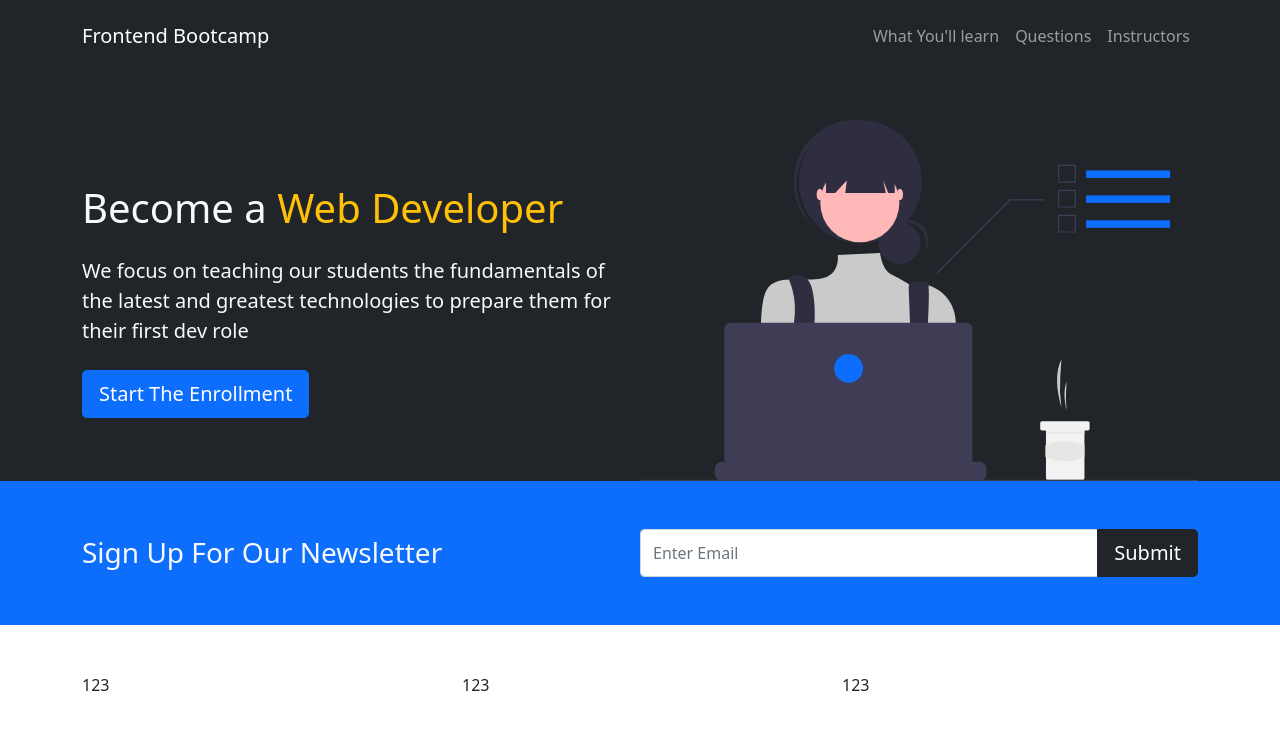
Repository: Marhamat92/Bootstrap5-Responsive-Website-
Page: index.html
The author's editor kept a copy of each file at every save. The page is drawn from the files as they stood at one save, then again after the next save.
The browser window is 1280 px wide. The pictures show the whole page.

Above is the page before, as saved 2021-09-18 17:05:59.

After the next save:
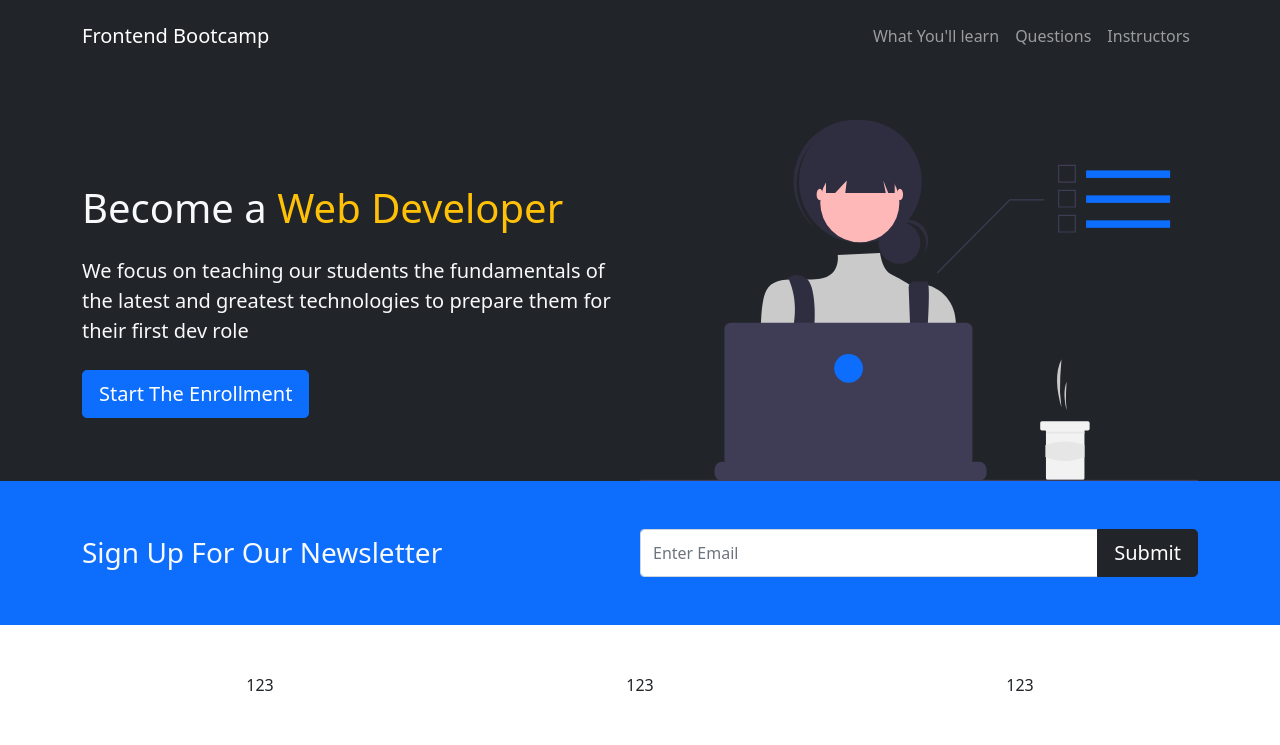
Saved 23 s later.
--- a/index.html
+++ b/index.html
@@ -71,7 +71,7 @@
 <!--Boxes-->
  <section class="p-5">
   <div class="container">
-   <div class="row">
+   <div class="row text-center">
        <div class="col">123</div>
        <div class="col">123</div>
        <div class="col">123</div>
